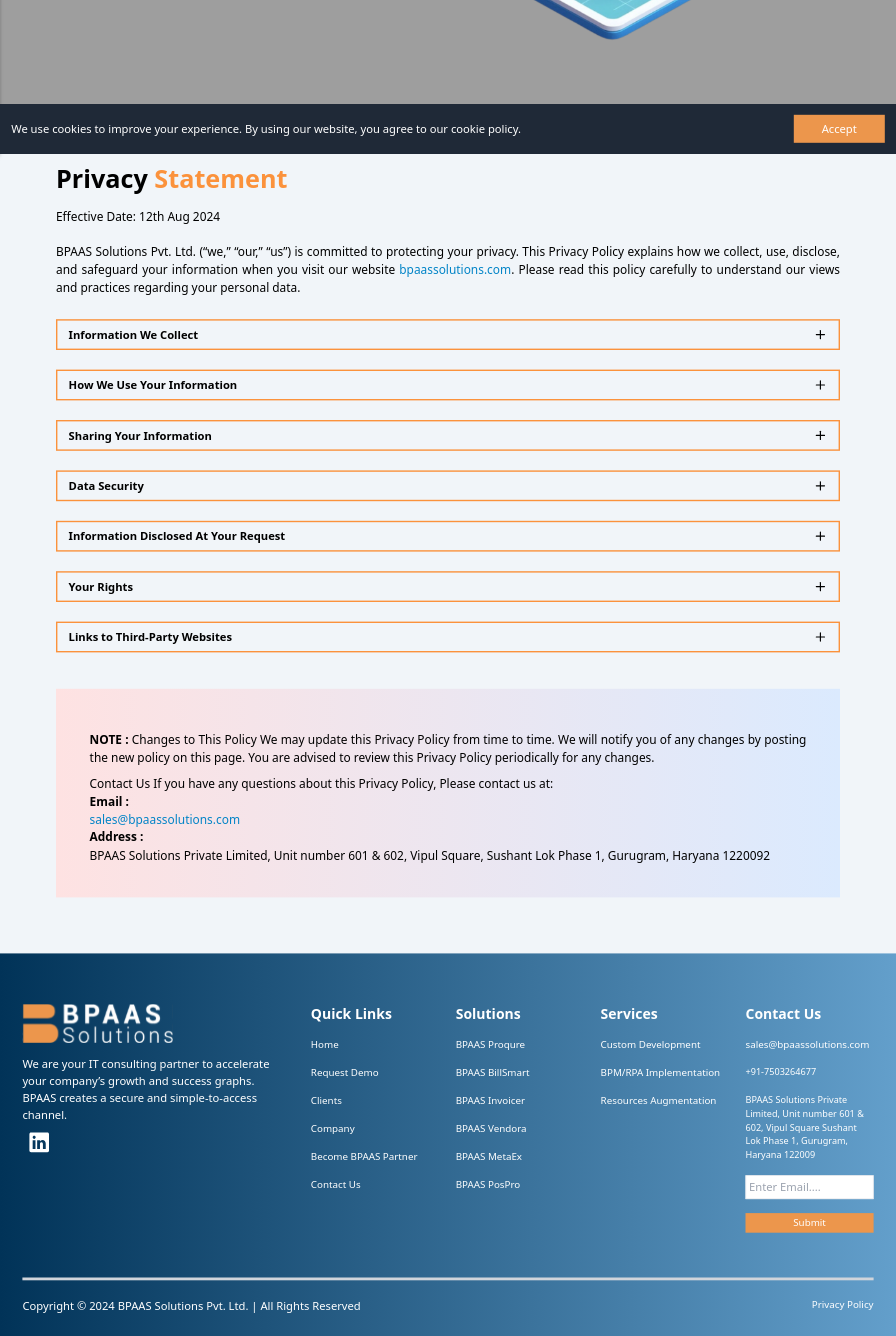
Repository: captainalpha/BP-Website
Page: /services/bp-services
An editor plug-in stored every save of this project. The page is shown before and after the next save, followed by the edit.
The browser window is 1280 px wide. The pictures show the part of the page from y = 500 to 2420 px (the page is 2409 px tall before and 2420 px after), at 70% of full size.
Pictures or frames that could not be fetched are drawn as grey boxes. The project was rebuilt for these pictures with package versions that can differ from the ones it lists, and the page was loaded fresh each time. The framework's server and built-in components were replaced by stand-ins that run in the browser. Also part of the build but not shown: next.config.js, components/common/TopBanner.js, components/common/SectionHeader.js.

Above is the page before, as saved 2024-08-13 17:17:22.

After the next save:
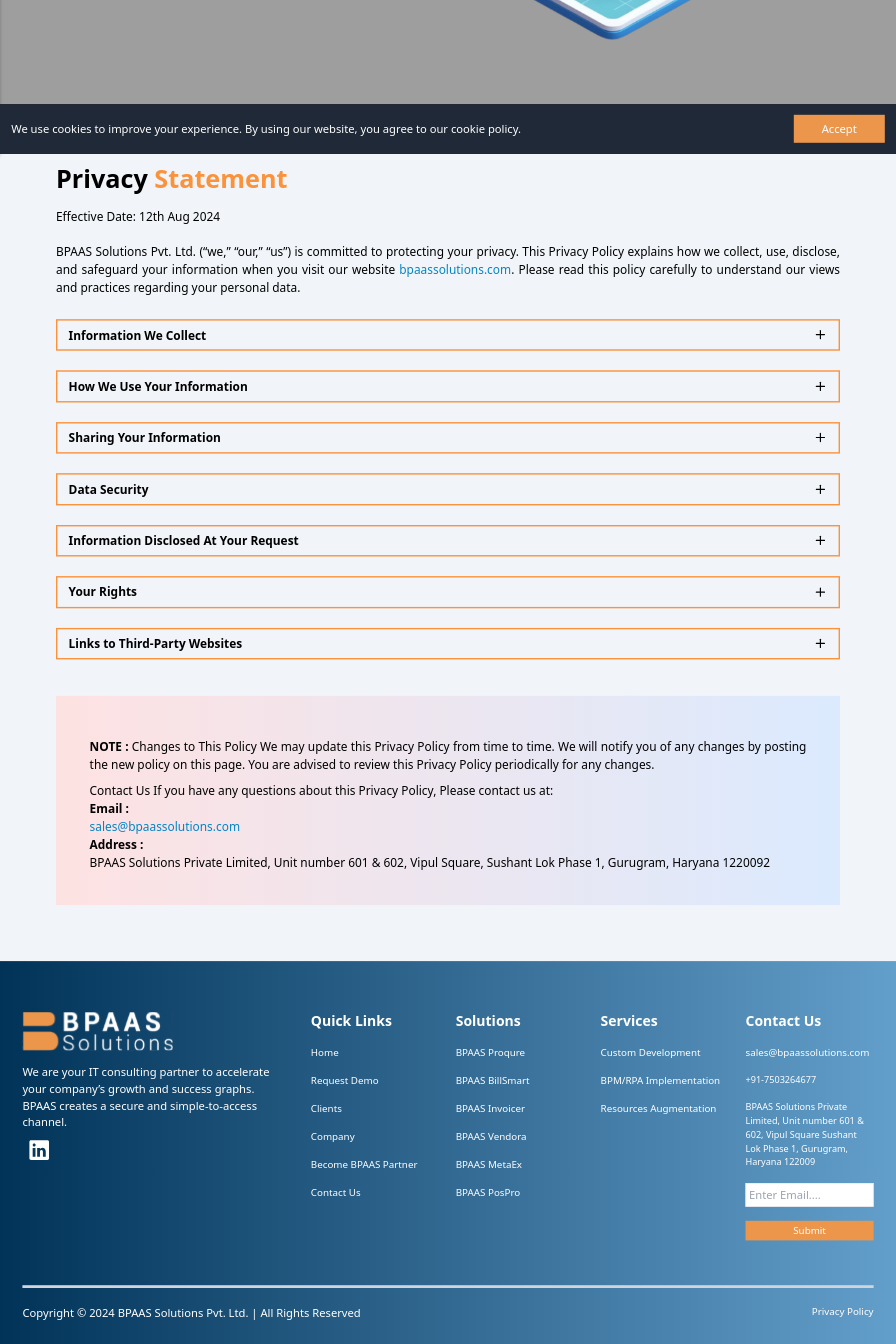
Saved 7 s later.
--- a/pages/services/bp-services.js
+++ b/pages/services/bp-services.js
@@ -202,7 +202,7 @@
             onClick={() => handleToggle(ind)}
           >
             <div className="flex justify-between items-center">
-              <h3 className="text-[16px] font-sans font-semibold">
+              <h3 className="text-[17px] font-sans font-semibold">
                 {item?.heading}
               </h3>
               <div className="transition-transform duration-500 ease-out">
